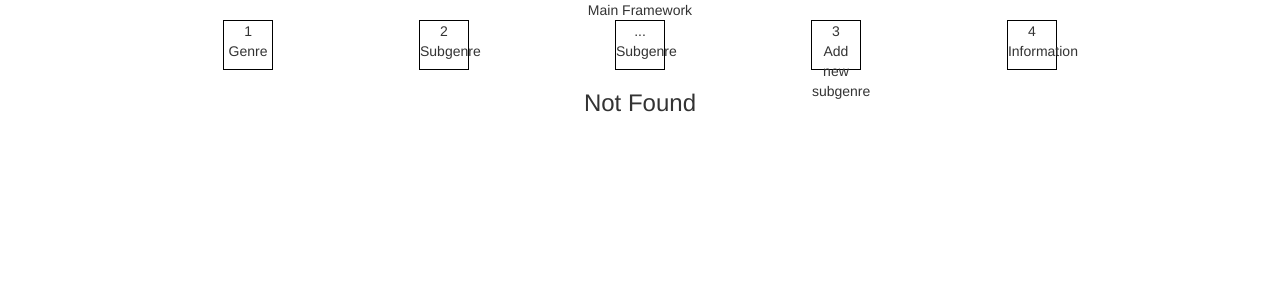
Repository: GregorPiev/angularjs-add-book
Page: index.html
These files come from the project's save history. The page is drawn as it stood at one moment and after the next save; the edit follows.
The browser window is 1280 px wide. The pictures show the whole page.

Above is the page before, as saved 2020-09-23 21:37:41.

### index.html
<!DOCTYPE html>
<html lang="en" ng-app="addBook">
	<head>
		<meta charset="UTF-8" />
		<meta name="viewport" content="width=device-width, initial-scale=1.0" />
		<title>Add Book - Test AngularJS</title>
		<base href="/" />
		<link
			rel="stylesheet"
			href="node_modules/bootstrap/dist/css/bootstrap.min.css"
			type="text/css"
		/>
		<link rel="stylesheet" href="app/style/style.css" />
	</head>
	<body>
		<div class="container-fluid">
			<div class="row">
				<div
					class="col-md-10 col-md-offset-1 col-sm-10 col-sm-offset-1 col-lg-10 col-lg-offset-1"
				>
					<main></main>
				</div>
			</div>
		</div>
		<script src="node_modules/angular/angular.min.js"></script>
		<script src="node_modules/angular-route/angular-route.min.js"></script>
		<script src="node_modules/angular-resource/angular-resource.min.js"></script>

		<script src="app/app.module.js"></script>
		<script src="app/app.config.js"></script>

		<script src="app/main/main.module.js"></script>
		<script src="app/main/main.component.js"></script>
		<script src="app/main/component/main.controller.js"></script>

		<script src="app/genre/genre.module.js"></script>
		<script src="app/genre/genre.component.js"></script>
		<script src="app/genre/component/genre.controller.js"></script>

		<script src="app/subgenre/subgenre.module.js"></script>
		<script src="app/subgenre/subgenre.component.js"></script>
		<script src="app/subgenre/component/subgenre.controller.js"></script>

		<script src="app/add-subgenre/add-subgenre.module.js"></script>
		<script src="app/add-subgenre/add-subgenre.component.js"></script>
		<script src="app/add-subgenre/component/add-subgenre.controller.js"></script>

		<script src="app/add-book/add-book.module.js"></script>
		<script src="app/add-book/add-book.component.js"></script>
		<script src="app/add-book/component/add-book.controller.js"></script>

		<script src="app/success/success.module.js"></script>
		<script src="app/success/success.component.js"></script>
		<script src="app/success/component/success.controller.js"></script>

		<script src="app/service/service.module.js"></script>
		<script src="app/service/service.service.js"></script>
	</body>
</html>

### app/style/style.css
.list-group {
  display: flex;
  align-items: stretch;
  flex-wrap: wrap;
  justify-content: space-between;
  align-content: space-between;
}

button.list-group-item {
  display: inline-block;
  box-sizing: border-box;
  width: 150px;
  border-radius: 5px;
  text-align: center;
  margin-top: 15px;
}
button.list-group-item.choosed {
  background-color: black;
  color: white;
}
.button-row {
  width: 100%;
  box-sizing: border-box;
  margin: 5px 10px 5px 0;
  text-align: right;
}
input[type='checkbox'] {
  width: 34px;
  margin-right: 0;
  padding-right: 0;
  display: inline-block;
}
label.check {
  width: 100%;
  display: inline;
}
.success {
  width: 360px;
  height: 360px;
  line-height: 90px;
  text-align: center;
  margin: 30px auto;
}
.success-title {
  font-size: 24px;
  margin-bottom: 30px;
}
.block-step {
  display: flex;
  align-items: stretch;
  flex-wrap: wrap;
  justify-content: space-between;
  align-content: space-between;
}
.step {
  width: 50px;
  height: 50px;
  text-align: center;
  border: solid 1px black;
}

### app/app.module.js
'use strict'
angular.module('addBook', [
    'ngRoute',
    'ngResource',

    'main',
    'genre',
    'subgenre',
    'addSubgenre',
    'addBookItem',
    'success'
]);

### app/app.config.js
'use strict'
angular.module('addBook')
    .config(function (
        $locationProvider,
        $routeProvider
    ) {
        console.info("Config");
        $locationProvider.html5Mode({ enabled: true });
        $routeProvider
            .when('/', {
                template: "<genre></genre>"
            })
            .when('/subgenre/:id', {
                template: '<subgenre></subgenre>'
            })
            .when('/add-subgenre/:id', {
                template: '<add-subgenre></add-subgenre>'
            })
            .when('/add-book/:id/:idb', {
                template: '<add-book-item></add-book-item>'
            })
            .when('/success', {
                template: '<success></success>'
            })
            .otherwise({
                template: '<h3>Not Found</h3>'
            })
    });

### app/main/main.module.js
'use strict'
angular.module('main', []);

### app/main/main.component.js
angular.module('main')
    .component('main', {
        templateUrl: '/app/main/component/main.template.html',
        controller: 'mainController',
        controllerAs: 'Main'
    })

### app/main/component/main.controller.js
'use strict'
angular.module('main')
    .controller('mainController', function ($scope) {
        $scope.title = 'Main Framework'
    })

### app/genre/genre.module.js
'use strict'
angular.module('genre', ['service']);

### app/genre/genre.component.js
angular.module('genre')
    .component('genre', {
        templateUrl: '/app/genre/component/genre.template.html',
        controller: 'genreController',
        controllerAs: 'Genre'
    })

### app/genre/component/genre.controller.js
angular.module('genre')
    .controller('genreController', function ($scope, Service, $location) {
        $scope.genreList = [];
        $scope.choosedId = 0;
        console.log('genreController');

        Service.get(function (data) {
            angular.forEach(data['genres'], function (item, index) {
                // console.log('item:', item)
                var genreItem = {
                    id: item.id,
                    name: item.name
                }
                // console.log('genreItem:', genreItem)
                $scope.genreList.push(genreItem);
            })
        });

        $scope.chooseGenre = function (id) {
            $scope.choosedId = id;
        }
        $scope.moveFroward = function () {
            $location.path(`/subgenre/${$scope.choosedId}`);
        }
    })

### app/subgenre/subgenre.module.js
'use strict'
angular.module('subgenre', []);

### app/subgenre/subgenre.component.js
angular.module('subgenre')
    .component('subgenre', {
        templateUrl: '/app/subgenre/component/subgenre.template.html',
        controller: 'subgenreController'
    })

### app/subgenre/component/subgenre.controller.js
'use strict'
angular.module('subgenre')
    .controller('subgenreController', function ($scope, $routeParams, Service, $location) {
        console.log('subgenreController')
        var id = $routeParams.id;
        $scope.title = `SubGenre ${id}`;


        $scope.genreList = [];
        $scope.choosedId = 0;
        console.log('genreController');

        Service.get(function (data) {
            var choosedItem = data['genres'].filter(function (item) {
                return item.id === +id;
            });

            //$scope.genreList[...choosedItem];

            angular.forEach(choosedItem[0]['subgenres'], function (item, index) {
                var genreItem = {
                    id: item.id,
                    name: item.name
                }
                $scope.genreList.push(genreItem);
            })
        });

        $scope.chooseGenre = function (id) {
            $scope.choosedId = id;
        }
        $scope.moveFroward = function () {
            if (+$scope.choosedId === -1) {
                $location.path(`/add-subgenre/${id}`);
            } else {
                $location.path('/');
            }

        }
        $scope.moveBack = function () {
            $location.path('/');
        }
    })

### app/add-subgenre/add-subgenre.module.js
'use strict'
angular.module('addSubgenre', []);

### app/add-subgenre/add-subgenre.component.js
'use strict'
angular.module('addSubgenre')
    .component('addSubgenre', {
        templateUrl: '/app/add-subgenre/component/add-subgenre.template.html',
        controller: 'addSubgenreController'
    })

### app/add-subgenre/component/add-subgenre.controller.js
'use strict'
angular.module('addSubgenre')
    .controller('addSubgenreController', function ($scope, $routeParams, $location, Service) {
        console.log('addSubgenreController')
        var id = $routeParams.id;

        $scope.name = '';
        $scope.isDescriptionRequired = false;


        $scope.sendVal = function () {
            console.log('Name:', $scope.name)
            console.log('isDescriptionRequired:', $scope.isDescriptionRequired);
            $scope.entry = Service.query({ id: id }, function () {
                // $scope.entry is fetched from server and is an instance of Entry
                $scope.entry.data = {
                    name: $scope.name,
                    isDescriptionRequired: $scope.isDescriptionRequired
                };
                $scope.entry.$update(function () {
                    //updated in the backend
                });
                $location.path(`/add-book/${id}/1`);
            });

        }
        $scope.moveBack = function () {
            $location.path(`/subgenre/${id}`);
        }
    });

### app/add-book/add-book.module.js
'use strict'
angular.module('addBookItem', []);

### app/add-book/add-book.component.js
'use strict'
angular.module('addBookItem')
    .component('addBookItem', {
        templateUrl: '/app/add-book/component/add-book.template.html',
        controller: 'addBookItemController'
    });

### app/add-book/component/add-book.controller.js
'use strict'
angular.module('addBookItem')
    .controller('addBookItemController', function ($scope, $routeParams, $location, Service) {
        console.log('addBookItemController')
        var id = $routeParams.id;
        var idb = $routeParams.idb;

        $scope.title = '';
        $scope.author = '';
        $scope.isbn = '';
        $scope.publisher = '';
        $scope.date = '';
        $scope.pages = '';
        $scope.format = '';
        $scope.edition = '';
        $scope.language = '';
        $scope.description = '';

        $scope.sendVal = function () {
            console.log('Name:', $scope.name)
            console.log('isDescriptionRequired:', $scope.isDescriptionRequired);
            $scope.entry = Service.query({ id: id }, function () {
                // $scope.entry is fetched from server and is an instance of Entry
                $scope.entry.data = {
                    title: $scope.title,
                    author: $scope.author,
                    isbn: $scope.isbn,
                    publisher: $scope.publisher,
                    date: $scope.date,
                    pages: $scope.pages,
                    format: $scope.format,
                    edition: $scope.edition,
                    language: $scope.language,
                    description: $scope.description
                };
                $scope.entry.$update(function () {
                    //updated in the backend
                });
                $location.path(`/success`);
            });

        }

        $scope.moveBack = function () {
            $location.path(`/add-subgenre/${id}`);
        }
    });

### app/success/success.module.js
angular.module('success', []);

### app/success/success.component.js
'use strict'
angular.module('success')
    .component('success', {
        templateUrl: '/app/success/component/success.template.html',
        controller: 'successController'
    })

### app/success/component/success.controller.js
angular.module('success')
    .controller('successController', function ($scope, $location) {
        console.log('successController');
        $scope.title = 'Book added successfully';

        $scope.next = function () {
            $location.path('/');
        }

    })

### app/service/service.module.js
'use strict'
angular.module('service', []);

### app/service/service.service.js
'use strict'
angular.module('service')
    .factory('Service', function ($resource) {
        console.log('Service')
        var url = '/data/data.json';

        return $resource(url, {
            id: '@_id'
        }, {
            query: {
                method: "GET",
                params: { id: '@_id' },
                isArray: false,
                cache: false
            },
            get: {
                method: "GET",
                isArray: false,
                cache: false
            },
            update: {
                method: "PUT"
            }
        })


    })

### app/main/component/main.template.html
<div class="container-fluid">
	<div class="row">
		<div class="col-md-10 col-md-offset-1 text-center">{{ title }}</div>
	</div>
	<div class="row">
		<div class="col-md-10 col-md-offset-1 text-center block-step">
			<div class="step">
				<div class="step-number">1</div>
				Genre
			</div>
			<div class="step">
				<div class="step-number">2</div>
				Subgenre
			</div>

			<div class="step">
				<div class="step-number">...</div>
				Subgenre
			</div>

			<div class="step">
				<div class="step-number">3</div>
				Add new subgenre
			</div>

			<div class="step">
				<div class="step-number">4</div>
				Information
			</div>
		</div>

		<div class="col-md-10 col-md-offset-1 text-center">
			<div ng-view></div>
		</div>
	</div>
</div>

Loaded but not shown: node_modules/bootstrap/dist/css/bootstrap.min.css (library); node_modules/angular/angular.min.js (library); node_modules/angular-route/angular-route.min.js (library); node_modules/angular-resource/angular-resource.min.js (library)

After the next save:
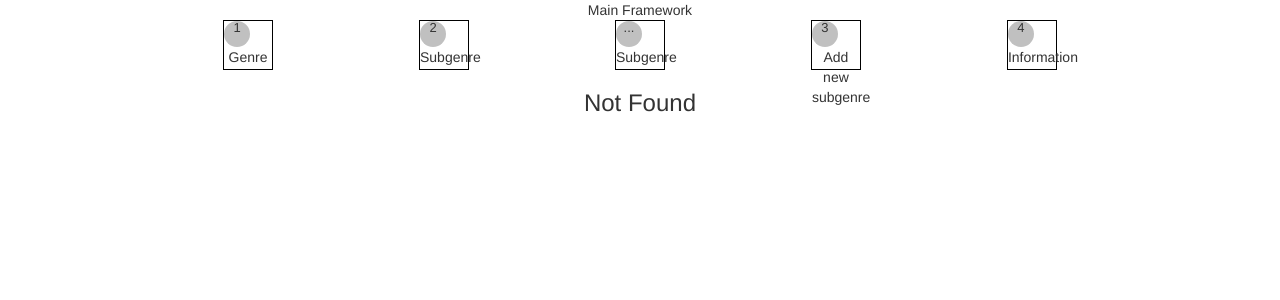
Saved 89 s later.
--- a/app/style/style.css
+++ b/app/style/style.css
@@ -58,3 +58,12 @@ label.check {
   text-align: center;
   border: solid 1px black;
 }
+.step-number {
+  width: 26px;
+  height: 26px;
+  border-radius: 13px;
+  text-align: center;
+  line-height: 13px;
+  font-size: 13px;
+  background-color: silver;
+}
